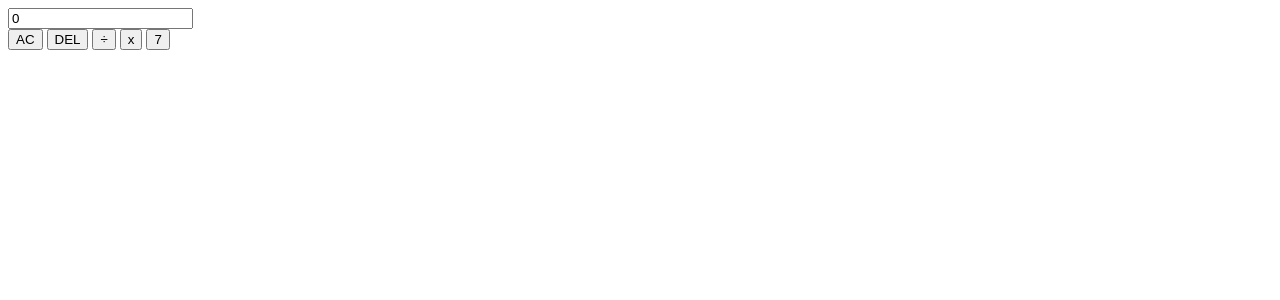
Repository: Mantombi81/Mozi--Calculator
Page: index.html
These files come from the project's save history. The page is drawn as it stood at one moment and after the next save; the edit follows.
The browser window is 1280 px wide. The pictures show the whole page.

Above is the page before, as saved 2025-06-03 12:59:39.

After the next save:
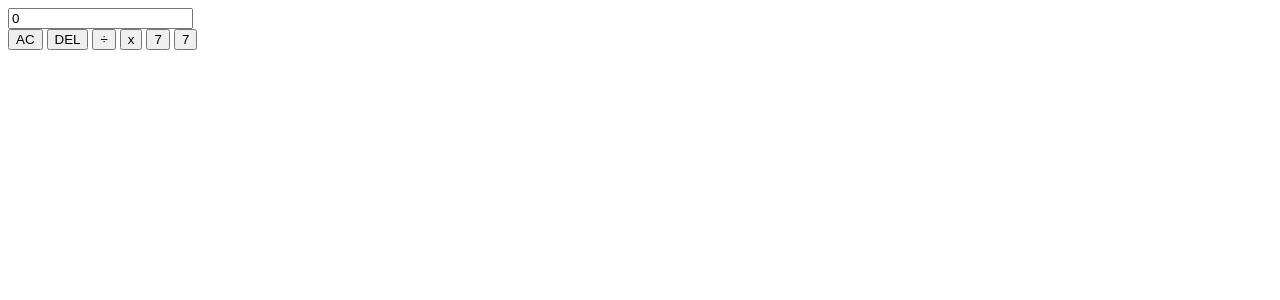
Saved 17 s later.
--- a/index.html
+++ b/index.html
@@ -21,6 +21,7 @@
 
              <!-- second row -->
               <button class="btn number" onclick="appendToDisplay('7')">7</button>
+            <button class="btn number" onclick="appendToDisplay('7')">7</button>
           </div>
     </div>
 </body>
